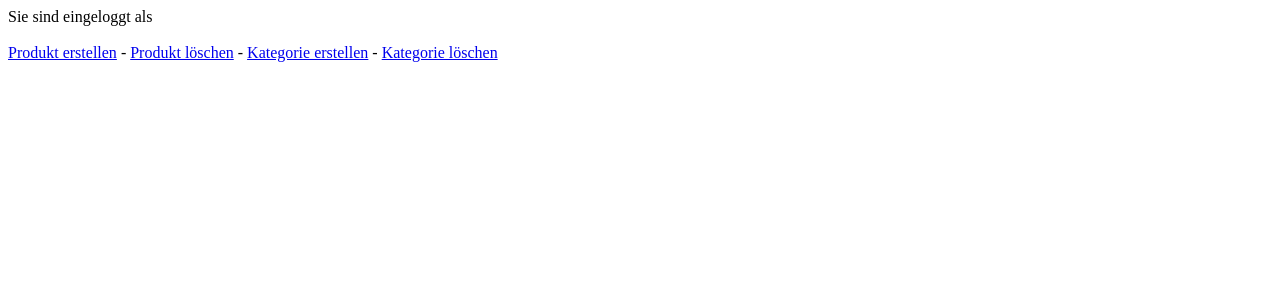
Repository: exic/VIS-Labor
Page: http://localhost/vislabor/pages/Admin.jsp
These files come from the project's save history. The page is drawn as it stood at one moment and after the next save; the edit follows.
The browser window is 1280 px wide. The pictures show the whole page.
The page is served by Tomcat 9. Other server files are loaded and not shown.

Above is the page before, as saved 2011-05-15 09:05:44.

### workspace/vislabor/WebContent/pages/Admin.jsp
<%@ page language="java" contentType="text/html; charset=ISO-8859-1" pageEncoding="ISO-8859-1"%>
<!DOCTYPE html PUBLIC "-//W3C//DTD HTML 4.01 Transitional//EN" "http://www.w3.org/TR/html4/loose.dtd">
<%@ taglib prefix="s" uri="/struts-tags"  %>

<html >
	<head>
		<title >Willkommen Admin</title>
	</head>

	<body bgcolor="white">

		Sie sind eingeloggt als <s:property value="username"/>

		<br/>
		<br/>
		<a href="<s:url action="forward_to_product_create"/>">Produkt erstellen</a> -
		<a href="<s:url action="forward_to_product_delete"/>">Produkt löschen</a> -
		<a href="<s:url action="forward_to_category_create"/>">Kategorie erstellen</a> -
		<a href="<s:url action="forward_to_category_delete"/>">Kategorie löschen</a>

	</body>
</html>

After the next save:
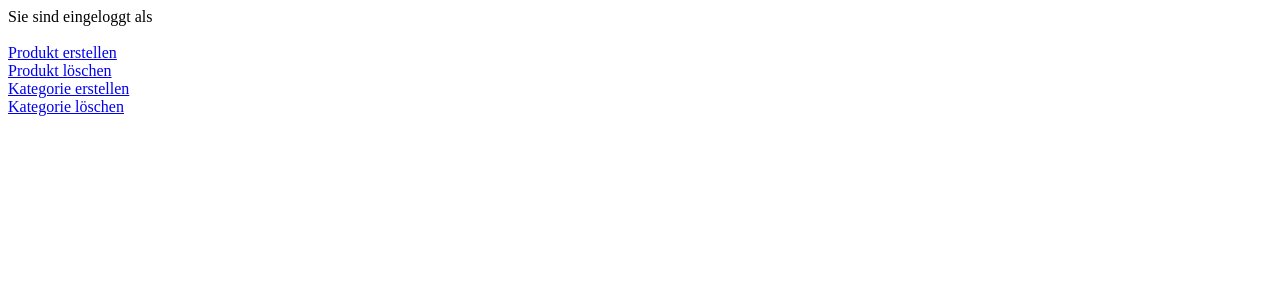
Saved 13 s later.
--- a/workspace/vislabor/WebContent/pages/Admin.jsp
+++ b/workspace/vislabor/WebContent/pages/Admin.jsp
@@ -13,9 +13,9 @@
 
 		<br/>
 		<br/>
-		<a href="<s:url action="forward_to_product_create"/>">Produkt erstellen</a> -
-		<a href="<s:url action="forward_to_product_delete"/>">Produkt löschen</a> -
-		<a href="<s:url action="forward_to_category_create"/>">Kategorie erstellen</a> -
+		<a href="<s:url action="forward_to_product_create"/>">Produkt erstellen</a><br/>
+		<a href="<s:url action="forward_to_product_delete"/>">Produkt löschen</a><br/>
+		<a href="<s:url action="forward_to_category_create"/>">Kategorie erstellen</a><br/>
 		<a href="<s:url action="forward_to_category_delete"/>">Kategorie löschen</a>
 
 	</body>
